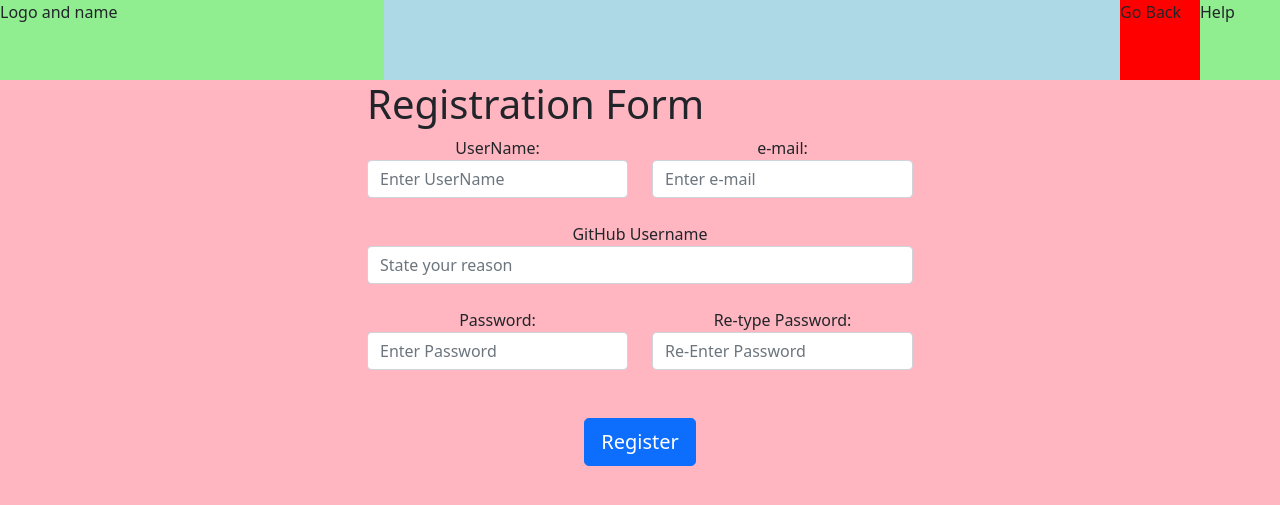
Repository: poornasyamasundar/Software-Project-Manager
Page: SoftwareManager/Templates/register.html
The author's editor kept a copy of each file at every save. The page is drawn from the files as they stood at one save, then again after the next save.
The browser window is 1280 px wide. The pictures show the whole page.

Above is the page before, as saved 2021-10-19 11:33:09.

After the next save:
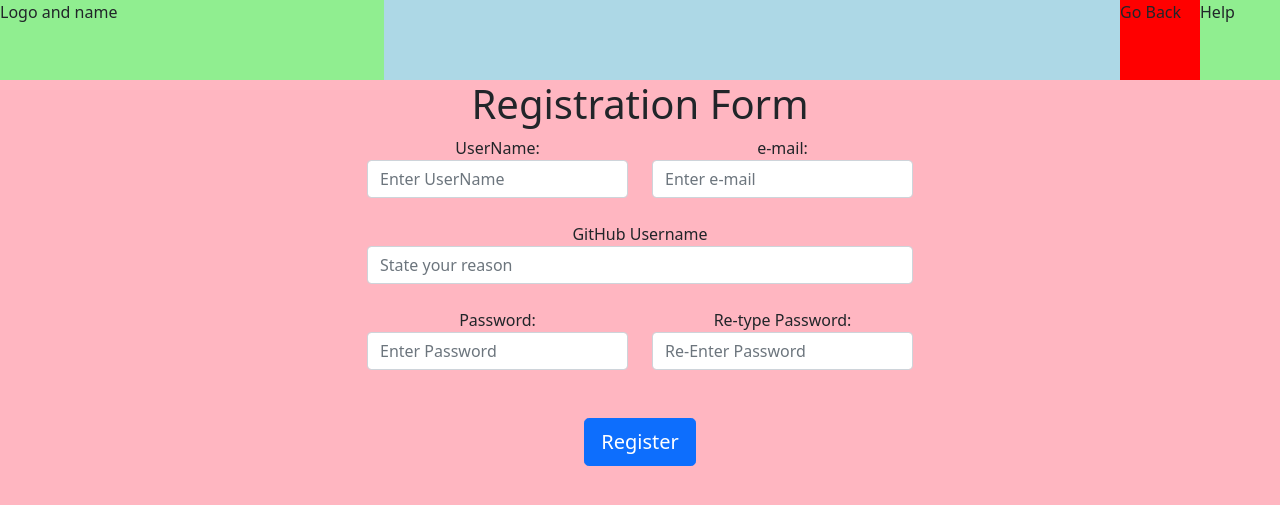
Saved 12 s later.
--- a/SoftwareManager/Templates/register.html
+++ b/SoftwareManager/Templates/register.html
@@ -45,7 +45,7 @@
 
 			  <div class="col-lg-6">
 				<div id="ui">
-				  <h1>Registration Form</h1>
+				  <h1 align="center">Registration Form</h1>
 				  <form class="form-group text-center" action="" method="POST">
 					<div class="row">
 					  <div class="col-lg-6">
